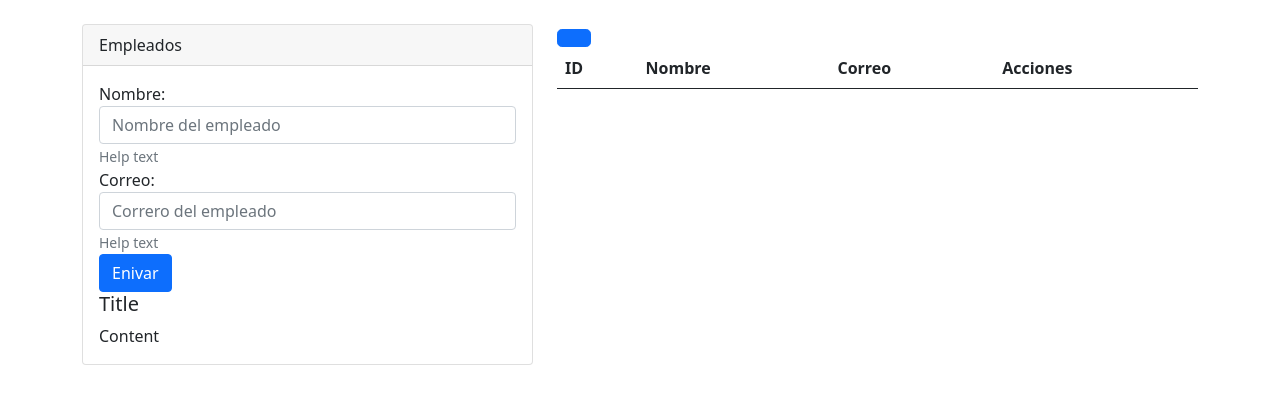
Repository: LionardoGomiz/CRUD-JS-VAINILLA
Page: index.html
These files come from the project's save history. The page is drawn as it stood at one moment and after the next save; the edit follows.
The browser window is 1280 px wide. The pictures show the whole page.
The page's requests for data from a server got no answer.

Above is the page before, as saved 2021-08-12 15:43:45.

### index.html
<!DOCTYPE html>
<html lang="es">
<head>
    <meta charset="UTF-8">
    <meta http-equiv="X-UA-Compatible" content="IE=edge">
    <meta name="viewport" content="width=device-width, initial-scale=1.0">
    <title>CRUD JS Vainilla</title>
    <link href="https://cdn.jsdelivr.net/npm/bootstrap@5.1.0/dist/css/bootstrap.min.css" rel="stylesheet" integrity="sha384-KyZXEAg3QhqLMpG8r+8fhAXLRk2vvoC2f3B09zVXn8CA5QIVfZOJ3BCsw2P0p/We" crossorigin="anonymous">
    <script src="https://cdn.jsdelivr.net/npm/bootstrap@5.1.0/dist/js/bootstrap.bundle.min.js" integrity="sha384-U1DAWAznBHeqEIlVSCgzq+c9gqGAJn5c/t99JyeKa9xxaYpSvHU5awsuZVVFIhvj" crossorigin="anonymous"></script>
</head>
<body>
    <!--<a name=""  id="" class="btn btn-primary" href="#" role="button">Hola </a>-->
    <div class="container">
        <br>
        <div class="row">
            <br>
            <div class="col-md-5">
                    <div class="card">
                        <div class="card-header">
                            Empleados
                        </div>
                        <div class="card-body">
                            <form action="javascript:void(0);" method="POST" onsubmit="aplicacion.Agregar()">
                                    <div class="form-group">
                                      <label for="">Nombre:</label>
                                      <input type="text" class="form-control" name="nombre" id="nombre" aria-describedby="helpId" placeholder="Nombre del empleado">
                                      <small id="helpId" class="form-text text-muted">Help text</small>
                                    </div>
                                   <div class="form-group">
                                     <label for="">Correo:</label>
                                     <input type="email" class="form-control" name="correo" id="correo" aria-describedby="emailId" placeholder="Correro del empleado">

                                     <small id="helpId" class="form-text text-muted">Help text</small>
                                   </div>
                                   <button type="submit" class="btn btn-primary">Enivar</button>
                            </form>

                            <h5 class="card-title">Title</h5>
                            <p class="card-text">Content</p>
                        </div>
                    </div>


            </div>
            <div class="col-md-7">
                <table class="table">
                    <thead>
                        <tr>
                            <th>ID</th>
                            <th>Nombre</th>
                            <th>Correo</th>
                            <th>Acciones</th>
                        </tr>
                    </thead>
                    <tbody id="empleados">
                    <div class="btn-group" role="group">
                        <button type="button" class="btn btn-primary btn-lg"></button>
                    </div>
                    </tbody>
                </table>
            </div>
        </div>
    </div>
    <script>
        var url="http://localhost:7777/CRUD-JS-VAINILLA/";

        var aplicacion = new function(){
            this.nombre = document.getElementById("nombre");
            this.correo = document.getElementById("correo");
            this.empledos = document.getElementById("empleados");
        this.Leer = function(){
            var datos = "";

            fetch(url)
            .then(r=>r.json())
            .then((respuesta)=>{
                console.log(respuesta);

                respuesta.map(
                    function (empleado,index, array){
                        datos+="<tr>";
                            datos+="<td>"+empleado.id+"</td>";
                            datos+="<td>"+empleado.Nombre+"</td>";
                            datos+="<td>"+empleado.Correo+"</td>";
                            datos+="<td>"+empleado.id+"</td>";
                            datos+="<td>"+empleado.id+"</td>";
                        datos+="</tr>";
                    }
                );
                return this.empledos.innerHTML=datos;
            })
            .catch(console.log);
            //MODO DE PRUEBA
            /*datos = "<tr><td>gfg</td> <td>Leonardo</td><td>lionardo@gmail.com</td><td>Editar | Borrar</td></tr>";
            return this.empledos.innerHTML=datos;*/
        };
        this.Agregar=function(){
            console.log(nombre.value);
            console.log(correo.value);

            var datosEnviar = {nombre:this.nombre.value,correo:this.correo.value}

            fetch(url+"?insertar=1",{method:"POST", body:JSON.stringify(datosEnviar)} )
            .then(respuesta=>respuesta.json())
            .then((datosRespuesta)=>{
                console.log("Insertados");
                this.Leer();//Muestra el dato actulizado
            })
            .catch(console.log);
        };
    }
    aplicacion.Leer();
    </script>
</body>
</html>

After the next save:
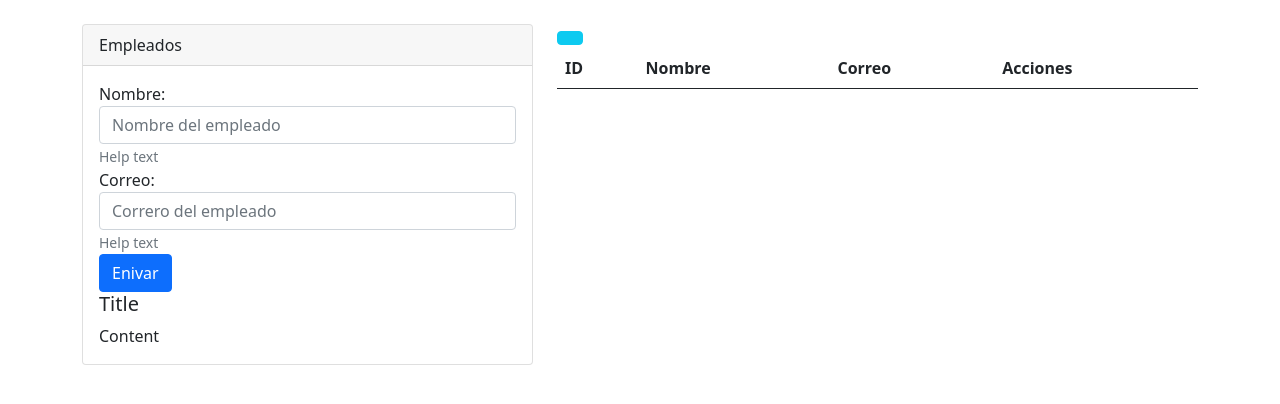
Saved 35 s later.
--- a/index.html
+++ b/index.html
@@ -54,7 +54,7 @@
                     </thead>
                     <tbody id="empleados">
                     <div class="btn-group" role="group">
-                        <button type="button" class="btn btn-primary btn-lg"></button>
+                        <button type="button" class="btn btn-info"></button>
                     </div>
                     </tbody>
                 </table>
